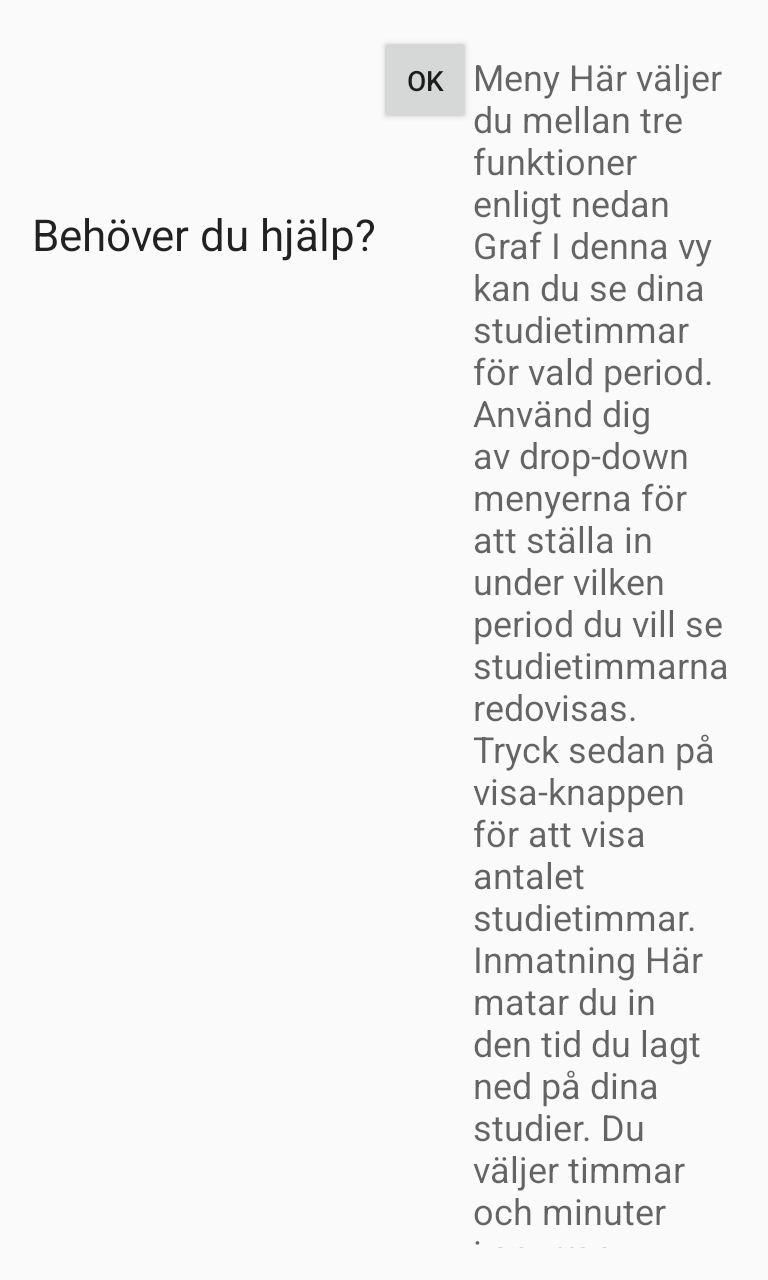
Repository: Dinova/Studiekoll
Layout: Studiekoll/Studiekoll/res/layout/fragment_help.xml
An editor plug-in stored every save of this project. The layout is shown before and after the next save, followed by the edit.
It is drawn on a 768 x 1280 px phone screen (xhdpi) without system bars, with theme AppTheme; the app's code is not run.

Above is the layout before, as saved 2014-05-16 08:31:28.

After the next save:
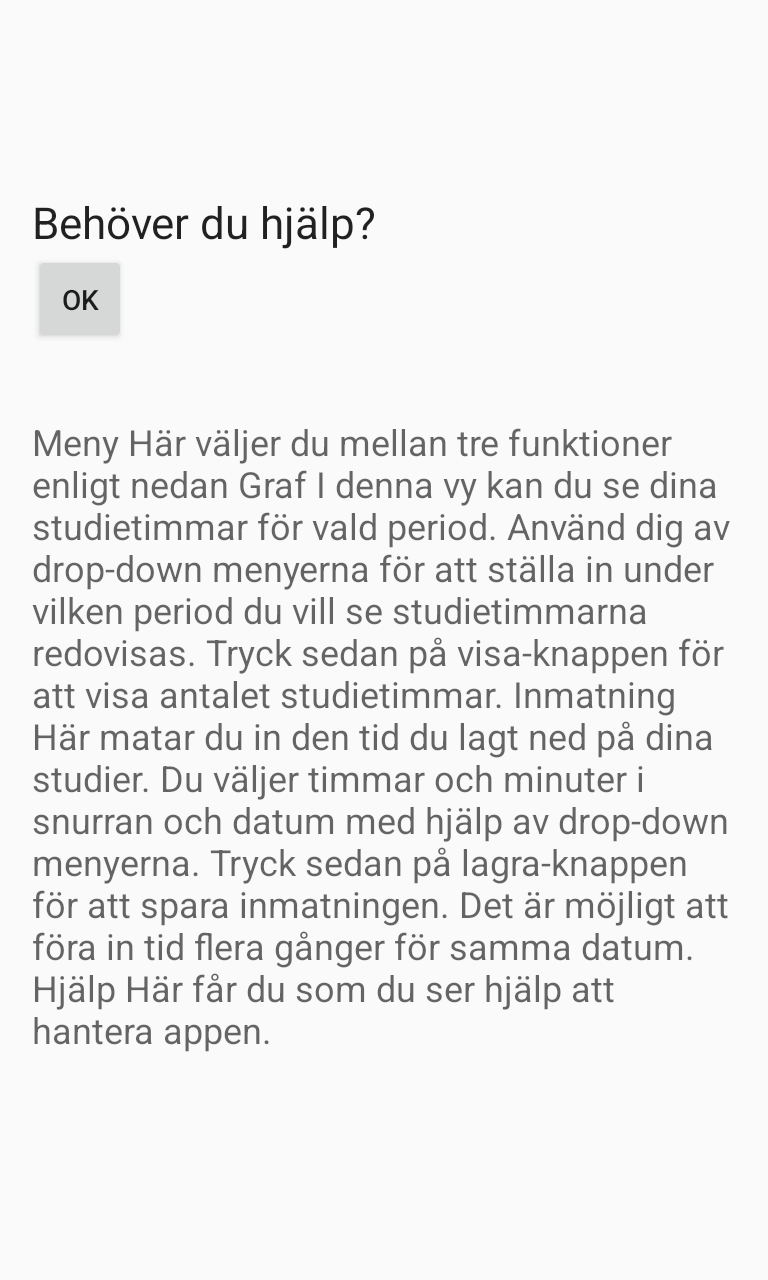
Saved 72 s later.
--- a/Studiekoll/Studiekoll/res/layout/fragment_help.xml
+++ b/Studiekoll/Studiekoll/res/layout/fragment_help.xml
@@ -2,6 +2,7 @@
     xmlns:tools="http://schemas.android.com/tools"
     android:layout_width="match_parent"
     android:layout_height="match_parent"
+    android:orientation="vertical"
     android:paddingBottom="@dimen/activity_vertical_margin"
     android:paddingLeft="@dimen/activity_horizontal_margin"
     android:paddingRight="@dimen/activity_horizontal_margin"
